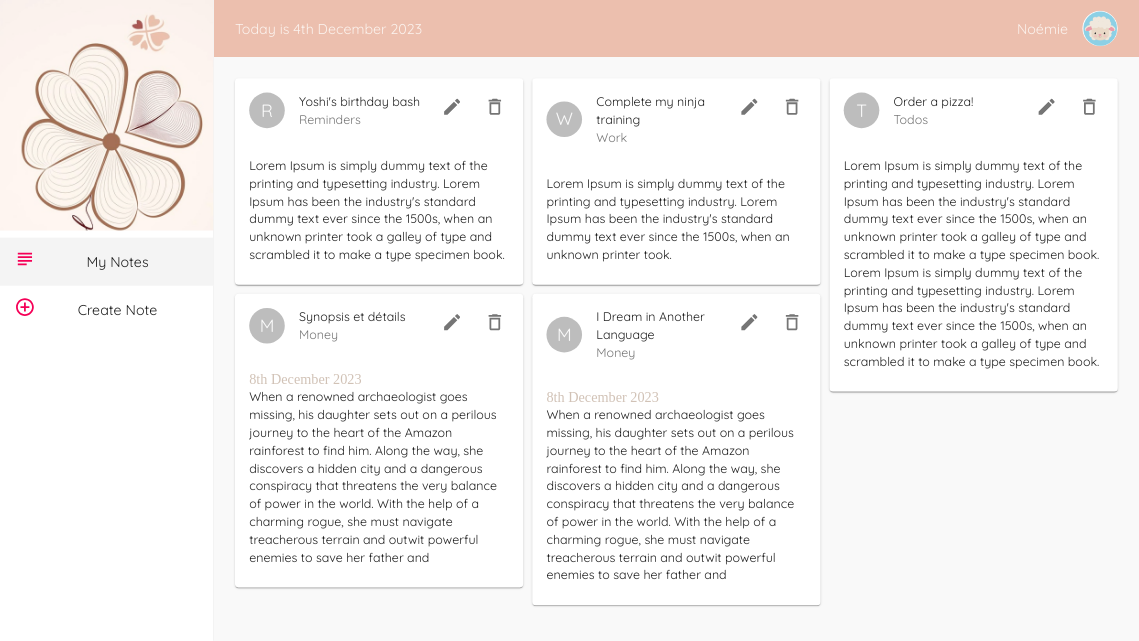
Repository: noemiepham/noemieblognote
Page: /
These files come from the project's save history. The page is drawn as it stood at one moment and after the next save; the edit follows.
The browser window is 1280 px wide. The pictures show the whole page, at 89% of full size.
The project was rebuilt for these pictures with package versions that can differ from the ones it lists, and the page was loaded fresh each time. Requests to the local data server were answered from the project's data file. Also part of the build but not shown: src/pages/Create.js.

Above is the page before, as saved 2023-12-08 16:28:52.

### public/index.html
<!DOCTYPE html>
<html lang="en">

<head>
  <meta charset="utf-8" />
  <meta name="viewport" content="width=device-width, initial-scale=1" />
  <meta name="theme-color" content="#000000" />
  <meta name="description" content="Web site created using create-react-app" />

  <link rel="stylesheet" href="https://fonts.googleapis.com/css?family=Roboto:300,400,500,700&display=swap" />
  <title>Material UI</title>
</head>

<body>
  <noscript>You need to enable JavaScript to run this app.</noscript>
  <div id="root"></div>
  <!--
      This HTML file is a template.
      If you open it directly in the browser, you will see an empty page.

      You can add webfonts, meta tags, or analytics to this file.
      The build step will place the bundled scripts into the <body> tag.

      To begin the development, run `npm start` or `yarn start`.
      To create a production bundle, use `npm run build` or `yarn build`.
    -->
</body>

</html>

### src/index.css
@import url('https://fonts.googleapis.com/css2?family=Open+Sans:ital,wght@0,400;1,300&family=Quicksand&display=swap');


body {
     margin: 0;
     -webkit-font-smoothing: antialiased;
     -moz-osx-font-smoothing: grayscale;
     background: #f9f9f9;
}

.my-masonry-grid {
     display: -webkit-box;
     /* Not needed if autoprefixing */
     display: -ms-flexbox;
     /* Not needed if autoprefixing */
     display: flex;
     margin-left: -20px;
     /* gutter size offset */
     width: auto;
}

.my-masonry-grid_column {
     padding-left: 20px;
     /* gutter size */
     background-clip: padding-box;
}

.my-masonry-grid_column>div {
     /* change div to reference your elements you put in <Masonry> */
     margin-bottom: 30px;
}

img {
     width: 100%;
     height: 100%;
     object-fit: cover;
}

header.MuiPaper-root.MuiAppBar-root.MuiAppBar-positionFixed.MuiAppBar-colorPrimary.makeStyles-appbar-7.mui-fixed.MuiPaper-elevation0 {
     background-color: #ecbfae;
}

### src/App.js
import React from "react";
import { BrowserRouter, Routes, Route } from "react-router-dom";
import Notes from "./pages/Notes";
import Create from "./pages/Create";
import { createTheme, ThemeProvider } from "@material-ui/core";
import Layout from "./pages/Layout";
const theme = createTheme({
  palette: {
    primary: {
      light: "#d9c8ba ",
      main: "#d1c2b6",
      dark: "#9d6854 ",
      contrastText: "#fbf2ed",
    },
  },
  typography: {
    fontFamily: "Quicksand",
    fontWeightLight: 400,
  },
});

function App() {
  return (
    <ThemeProvider theme={theme}>
      <BrowserRouter>
        <Routes>
          <Route path="/" element={<Layout />}>
            <Route path="" element={<Notes />} />
            <Route path="create" element={<Create />} />
            <Route path="edit/:id" element={<Create />} />
          </Route>
        </Routes>
      </BrowserRouter>
    </ThemeProvider>
  );
}

export default App;

### src/pages/Notes.js
import { useEffect, useState } from "react";
import NoteCard from "../components/NoteCard";
import Masonry, { ResponsiveMasonry } from "react-responsive-masonry";
import { useNavigate } from "react-router-dom";

const Notes = () => {
  const [notes, setNotes] = useState([]);
  const navigate = useNavigate();

  useEffect(() => {
    fetch("http://localhost:8000/notes")
      .then((res) => res.json())
      .then((data) => setNotes(data));
  }, []);

  const handleDelete = async (id) => {
    await fetch("http://localhost:8000/notes/" + id, {
      method: "DELETE",
    });

    const newNotes = notes.filter((note) => note.id !== id);

    setNotes(newNotes);
  };
  const handleEdit = (note) => {
    navigate("/edit/" + note);
  };
  return (
    <ResponsiveMasonry columnsCountBreakPoints={{ 350: 1, 750: 2, 900: 3 }}>
      <Masonry columnsCount={3} gutter="10px">
        {notes.map((note) =>
          note ? (
            <NoteCard
              note={note}
              handleDelete={handleDelete}
              handleEdit={handleEdit}
              spacing={3}
            />
          ) : (
            ""
          )
        )}
      </Masonry>
    </ResponsiveMasonry>
  );
};

export default Notes;

### src/pages/Layout.js
import { Outlet, useLocation, useNavigate } from "react-router-dom";
import { Avatar, Drawer, Typography, makeStyles } from "@material-ui/core";
import List from "@material-ui/core/List";
import ListItem from "@material-ui/core/ListItem";
import ListItemText from "@material-ui/core/ListItemText";
import { AddCircleOutline, SubjectOutlined } from "@material-ui/icons";
import { AppBar, Toolbar } from "@material-ui/core";
import format from "date-fns/format/index";

const drawerWidth = 240;
const useStyles = makeStyles((theme) => {
  return {
    page: {
      background: "#f9f9f9",
      width: "100%",
      padding: theme.spacing(3),
    },
    drawer: {
      width: drawerWidth,
    },
    drawerPaper: {
      width: drawerWidth,
    },
    root: {
      display: "flex",
    },
    active: {
      background: "#f4f4f4",
    },
    title: {
      padding: theme.spacing(3),
    },
    appbar: {
      width: `calc(100% - ${drawerWidth}px)`,
    },
    toolbar: theme.mixins.toolbar,
    date: {
      flexGrow: 1,
    },
    avatar: {
      marginLeft: theme.spacing(2),
    },
  };
});

function Layout() {
  const navigate = useNavigate();
  const location = useLocation();
  const classes = useStyles();
  const menuItems = [
    {
      text: "My Notes",
      icon: <SubjectOutlined color="secondary" />,
      path: "/",
    },
    {
      text: "Create Note",
      icon: <AddCircleOutline color="secondary" />,
      path: "/create",
    },
  ];

  return (
    <div className={classes.root}>
      {/*  App bar */}
      <AppBar className={classes.appbar} elevation={0}>
        <Toolbar>
          <Typography className={classes.date}>
            Today is {format(new Date(), "do MMMM Y")}
          </Typography>
          <Typography>Noémie</Typography>
          <Avatar src="sheep.png" className={classes.avatar} />
        </Toolbar>
      </AppBar>
      {/* side drawer */}
      <Drawer
        className={classes.drawer}
        variant="permanent"
        anchor="left"
        classes={{ paper: classes.drawerPaper }}
      >
        <div>
          <img alt="Remy Sharp" src="logoBlog.jpg" />
        </div>
        <List>
          {menuItems.map((item) => (
            <ListItem
              key={item.text}
              button
              onClick={() => navigate(item.path)}
              className={
                location.pathname === item.path ? classes.active : null
              }
            >
              <ListItemText>{item.icon}</ListItemText>
              <ListItemText primary={item.text} />
            </ListItem>
          ))}
        </List>
      </Drawer>
      <div className={classes.page}>
        <div className={classes.toolbar}></div>
        <Outlet />
      </div>
    </div>
  );
}

export default Layout;

### src/components/NoteCard.js
import {
  Avatar,
  Card,
  CardContent,
  CardHeader,
  Typography,
  makeStyles,
} from "@material-ui/core";
import { IconButton } from "@material-ui/core";
import { yellow, green, pink, blue } from "@material-ui/core/colors";
import { DeleteOutline } from "@material-ui/icons";
import EditIcon from "@material-ui/icons/Edit";

const useStyles = makeStyles({
  avatar: {
    backgroundColor: (note) => {
      console.log(note.category);
      if (note.category === "Work") {
        return yellow[700];
      }
      if (note.category === "Money") {
        return green[500];
      }
      if (note.category === "Todos") {
        return pink[500];
      } else {
        return blue[500];
      }
    },
  },
  poster: {
    margin: 20,
    color: "#a17056",
  },
});

function NoteCard({ note, handleDelete, handleEdit }) {
  const classes = useStyles(note);
  console.log("sfsqdfdsf", note);
  return (
    <div>
      <Card elevation={1} className={classes.test}>
        <CardHeader
          avatar={
            <Avatar className={classes.avatar}>
              {note.category[0]?.toUpperCase()}
            </Avatar>
          }
          action={
            <div>
              <IconButton onClick={() => handleEdit(note?.id)}>
                <EditIcon />
              </IconButton>
              <IconButton onClick={() => handleDelete(note?.id)}>
                <DeleteOutline />
              </IconButton>
            </div>
          }
          title={note?.title}
          subheader={note?.category}
        />
        <CardContent>
          <Typography variant="poster" color="primary">
            {note?.currentDate}
          </Typography>
          <Typography variant="body2">{note?.details}</Typography>
        </CardContent>
      </Card>
    </div>
  );
}

export default NoteCard;

### db.json
{
  "notes": [{
      "title": "Yoshi's birthday bash",
      "details": "Lorem Ipsum is simply dummy text of the printing and typesetting industry. Lorem Ipsum has been the industry's standard dummy text ever since the 1500s, when an unknown printer took a galley of type and scrambled it to make a type specimen book.",
      "category": "Reminders",
      "id": 1
    },
    {
      "title": "Complete my ninja training",
      "details": "Lorem Ipsum is simply dummy text of the printing and typesetting industry. Lorem Ipsum has been the industry's standard dummy text ever since the 1500s, when an unknown printer took.",
      "category": "Work",
      "id": 2
    },
    {
      "title": "Order a pizza!",
      "details": "Lorem Ipsum is simply dummy text of the printing and typesetting industry. Lorem Ipsum has been the industry's standard dummy text ever since the 1500s, when an unknown printer took a galley of type and scrambled it to make a type specimen book.\nLorem Ipsum is simply dummy text of the printing and typesetting industry. Lorem Ipsum has been the industry's standard dummy text ever since the 1500s, when an unknown printer took a galley of type and scrambled it to make a type specimen book.",
      "category": "Todos",
      "id": 3
    },
    {
      "title": "Synopsis et détails",
      "details": "When a renowned archaeologist goes missing, his daughter sets out on a perilous journey to the heart of the Amazon rainforest to find him. Along the way, she discovers a hidden city and a dangerous conspiracy that threatens the very balance of power in the world. With the help of a charming rogue, she must navigate treacherous terrain and outwit powerful enemies to save her father and",
      "category": "Money",
      "currentDate": "8th December 2023",
      "id": 12
    },
    {
      "title": "I Dream in Another Language",
      "details": "When a renowned archaeologist goes missing, his daughter sets out on a perilous journey to the heart of the Amazon rainforest to find him. Along the way, she discovers a hidden city and a dangerous conspiracy that threatens the very balance of power in the world. With the help of a charming rogue, she must navigate treacherous terrain and outwit powerful enemies to save her father and",
      "category": "Money",
      "currentDate": "8th December 2023",
      "id": 13
    }
  ]
}

Loaded but not shown: src/index.js (common file)

After the next save:
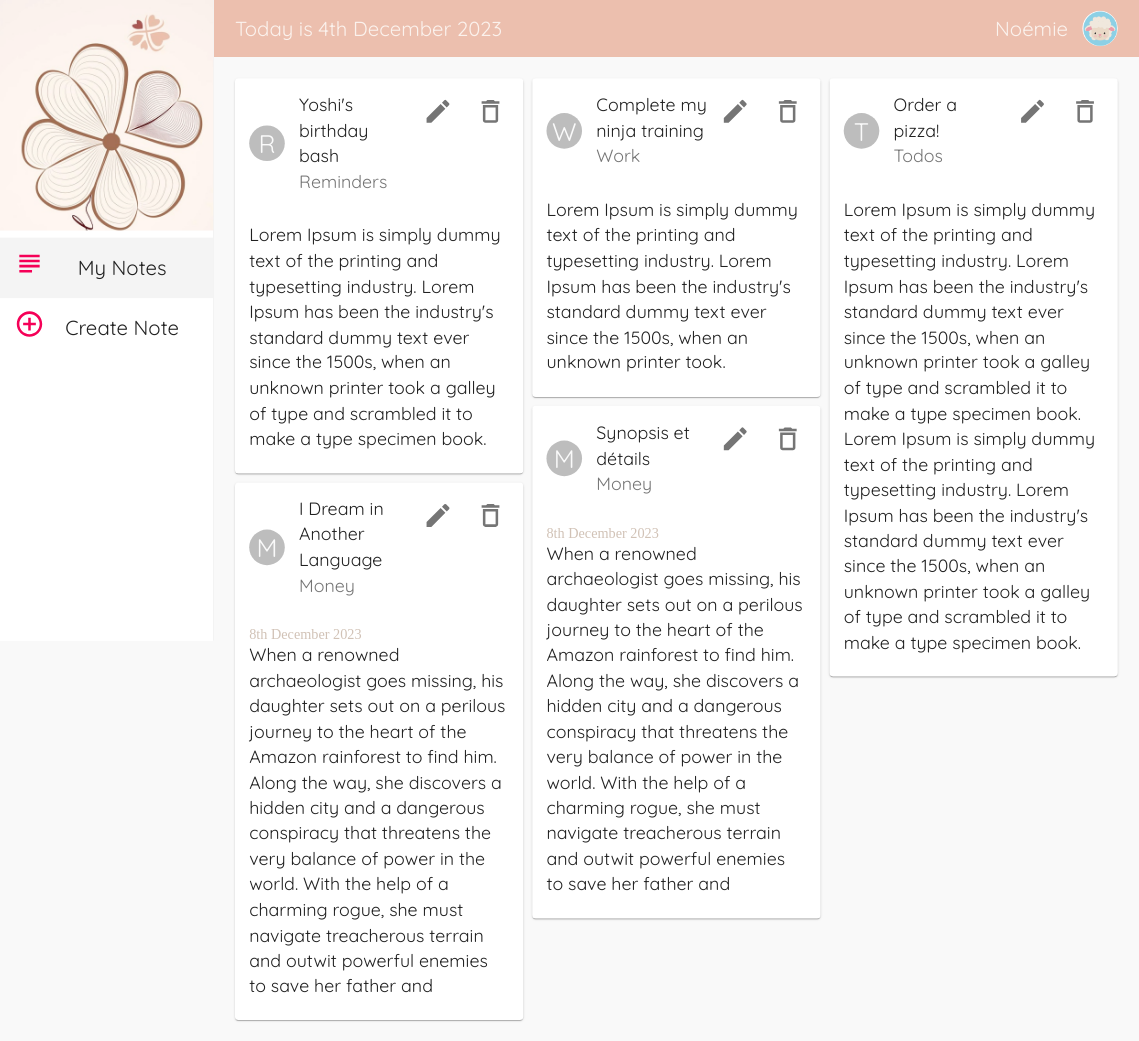
Saved 17 s later.
--- a/src/App.js
+++ b/src/App.js
@@ -16,6 +16,7 @@
   typography: {
     fontFamily: "Quicksand",
     fontWeightLight: 400,
+    fontSize: 20,
   },
 });
 

After the save that followed:
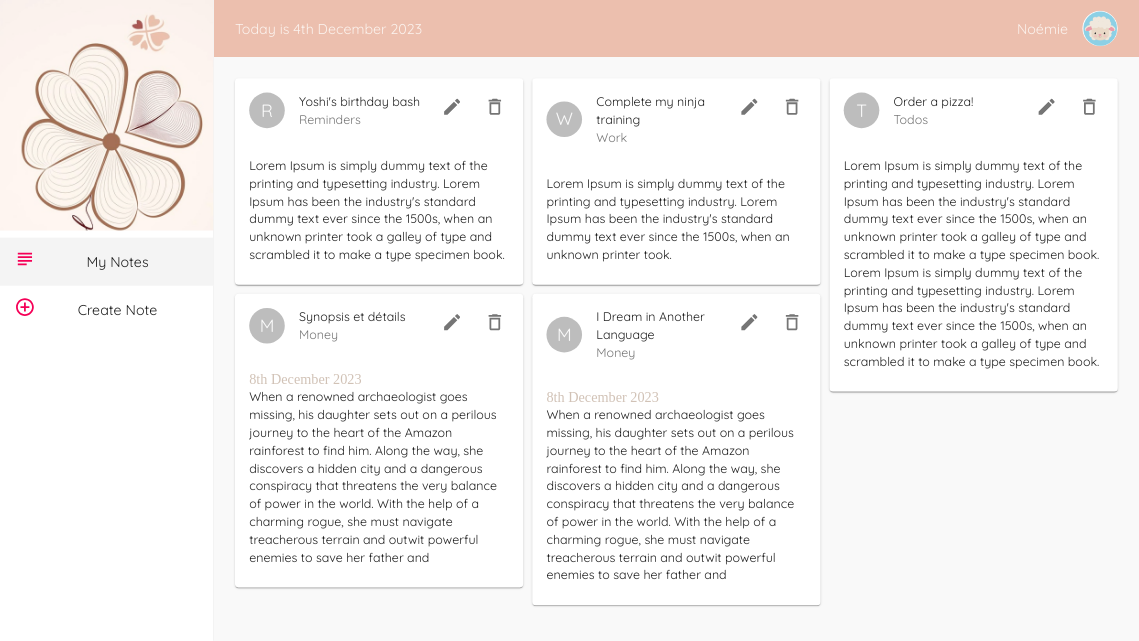
Saved 13 s later.
--- a/src/App.js
+++ b/src/App.js
@@ -16,7 +16,6 @@
   typography: {
     fontFamily: "Quicksand",
     fontWeightLight: 400,
-    fontSize: 20,
   },
 });
 
